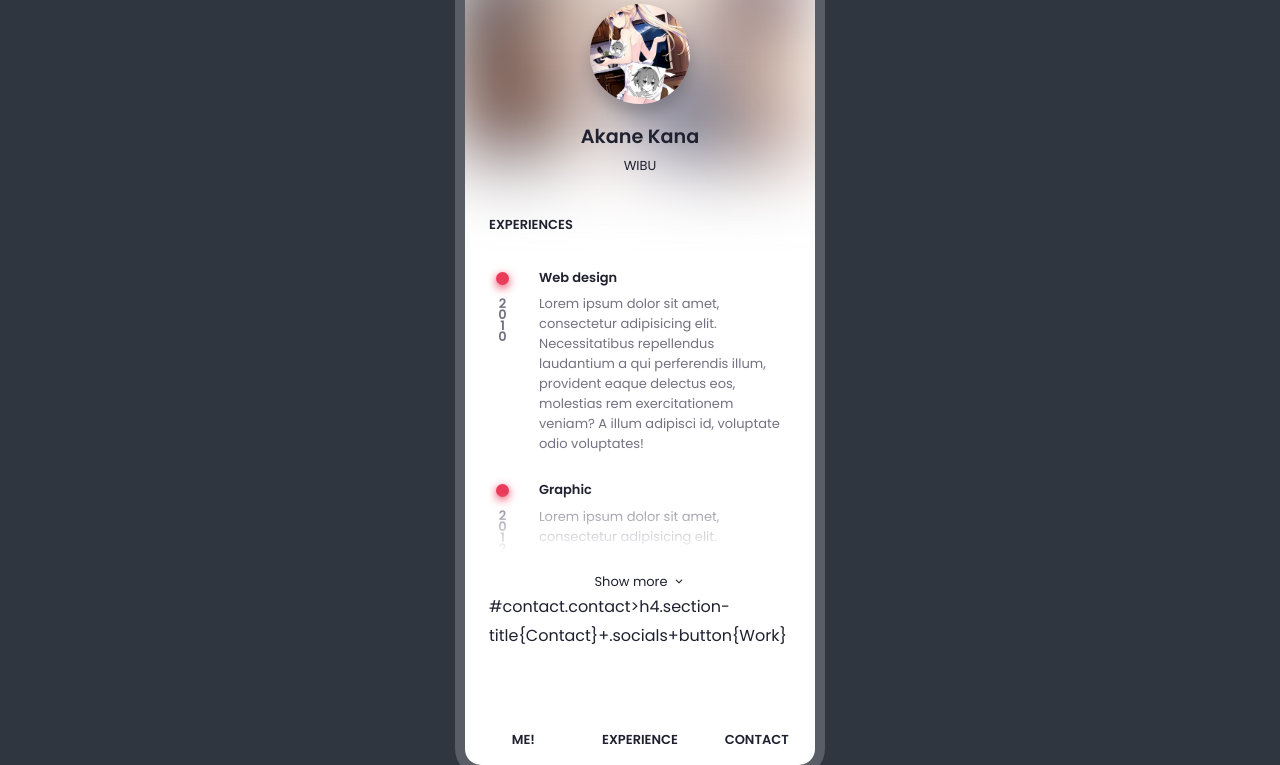
Repository: AkaneKana/AkaneKana
Page: index.html
These files come from the project's save history. The page is drawn as it stood at one moment and after a run of saves; the edit follows.
The browser window is 1280 px wide. The pictures show the whole page.
Some web libraries are served in a nearby version.

Above is the page before, as saved 2023-05-19 16:57:44.

### index.html
<!DOCTYPE html>
<html lang="en">
<head>
  <meta charset="UTF-8">
  <meta http-equiv="X-UA-Compatible" content="IE=edge">
  <meta name="viewport" content="width=device-width, initial-scale=1.0">
  <title>Profle Card</title>
  <link rel="stylesheet" href="style.css">
  <link href="https://cdn.jsdelivr.net/npm/remixicon@3.2.0/fonts/remixicon.css" rel="stylesheet">
</head>
<body>
  <div id="page" class="site">
    <div class="container">
      <div class="card">
        <header>
          <div class="thumbnail">
            <img src="assets/image.jpg" alt="">
          </div>
          <div class="meta">
            <h3>Akane Kana</h3>
            <h4>Wibu</h4>
          </div>
        </header>
        <section>
          <div id="me" class="me">
            <h4 class="section-title">About me</h4>
            <p>Lorem ipsum dolor sit amet consectetur, adipisicing elit. Alias numquam in eligendi quibusdam debitis excepturi architecto porro! Qui, iusto aliquam. Est iusto tenetur velit ab iste modi aliquid incidunt ea?</p>
            <div class="socials">
              <ul>
                <li><a href="#"><i class="ri-facebook-fill"></i></a></li>
                <li><a href="#"><i class="ri-discord-fill"></i></a></li>
                <li><a href="#"><i class="ri-github-fill"></i></a></li>
              </ul>
            </div>
          </div>

          <div id="roadmap" class="roadmap active">
            <h4 class="section-title">Experiences</h4>
            <input type="checkbox" id="showmore">
            <label for="showmore">
             <span>Show more <i class="ri-arrow-down-s-line"></i></span>
             <span>Show less <i class="ri-arrow-up-s-line"></i></span>
            </label>

            <ul>
              <li>
                <span>2010</span>
                <div class="section-title">Web design</div>
                <p>Lorem ipsum dolor sit amet, consectetur adipisicing elit. Necessitatibus repellendus laudantium a qui perferendis illum, provident eaque delectus eos, molestias rem exercitationem veniam? A illum adipisci id, voluptate odio voluptates!</p>
              </li>
              <li>
                <span>2012</span>
                <div class="section-title">Graphic</div>
                <p>Lorem ipsum dolor sit amet, consectetur adipisicing elit. Necessitatibus repellendus laudantium a qui perferendis illum, provident eaque delectus eos, molestias rem exercitationem veniam? A illum adipisci id, voluptate odio voluptates!</p>
              </li>
              <li>
                <span>2016</span>
                <div class="section-title">Google design</div>
                <p>Lorem ipsum dolor sit amet, consectetur adipisicing elit. Necessitatibus repellendus laudantium a qui perferendis illum, provident eaque delectus eos, molestias rem exercitationem veniam? A illum adipisci id, voluptate odio voluptates!</p>
              </li>
            </ul>
          </div>

          #contact.contact>h4.section-title{Contact}+.socials+button{Work}
        </section>
        <footer>
          <nav>
            <a href="#">Me!</a>
            <a href="#">Experience</a>
            <a href="#">Contact</a>
            <span></span>
          </nav>
        </footer>
      </div>
    </div>
  </div>

  <script src="script.js"></script>
</body>
</html>

### style.css
@import url('https://fonts.googleapis.com/css2?family=Poppins:wght@400;600;800&display=swap');
:root{
  --primary-color: #eb3b5a;
  --white-color: #ffffff;
  --light-color: #ced6e0;
  --grey-color: #737181;
  --dark-color: #202130;

  --shadow: 0 10px 10px -8px;
}

*{
  margin: 0;
  padding: 0;
}

*,::before,::after {
  box-sizing: border-box;
}

body{
  font-family: 'Poppins';
  font-size: 16px;
  font-weight: 400;
  line-height: 1.8;
  color: var(--dark-color);
  background-color: #2f3640;
}

a {
  text-decoration: none;
  color: inherit;
}

ul{
  list-style: none;
}

img{
  max-width: 100%;
  vertical-align: middle;
}

.site{
  display: flex;
  align-items: center;
  justify-content: center;
  height: 100vh;
}

.container{
  max-width: 1024px;
  padding: 0 2em;
  margin: 0 auto;
}

.card{
  max-width: 350px;
  background-color: var(--white-color);
  border-radius: 1em;
  box-shadow: 0 0 0 10px rgb(255 255 255 /20%);
  overflow: hidden;
}

.card header {
  position: relative;
  height: 225px;
  padding-top: 3em;
  margin-bottom: 2em;
}

.card header::before {
  content: '';
  position: absolute;
  top: 0;
  left: 0;
  background: url(assets/image.jpg);
  background-size: cover;
  width: 100%;
  height: 200px;
  z-index: 0;
  filter: blur(40px);
}

.card header > * {
  position: relative;
  left: 50%;
  transform: translateX(-50%);
}

.card header .meta {
  text-align: center;
  margin-top: 1em;
  width: max-content;
}

.card header h3 {
  font-size: 1.2em;
  font-weight: 600;
}

.card header h4 {
  font-size: 0.813em;
  font-weight: 400;
  text-transform: uppercase;
}

.card .thumbnail {
  width: 100px;
  height: 100px;
}

.card .thumbnail img {
  object-fit: cover;
  width: 100%;
  height: 100%;
  border-radius: 50%;
  box-shadow: 0 10px 15px rgb(0 0 0 /20%);
}

.card section {
  padding: 0 1.5em;
}

.card section h4 {
  text-transform: uppercase;
}

.card .section-title {
  font-size: 0.813em;
  font-weight: 600;
  margin-bottom: 0.5em;
}

.card section p {
  font-size: 0.813em;
  color: var(--grey-color);
  margin-bottom: 2em;
}

.card .socials ul {
  display: flex;
  gap: 1em;
}

.card .socials ul li a {
  position: relative;
  width: 36px;
  height: 36px;
  border: 1px solid var(--light-color);
  border-radius: 50%;
  display: flex;
  align-items: center;
  justify-content: center;
  transition: border .3s, color .3s, backgound-color .3s;
}

.card .socials ul li:nth-child(1) a {
  box-shadow: var(--shadow) #1877f2;
}
.card .socials ul li:nth-child(2) a {
  box-shadow: var(--shadow) #c32aa3;
}
.card .socials ul li:nth-child(3) a {
  box-shadow: var(--shadow) #1da1f2;
}

.card .socials ul li:nth-child(1) a:hover {
  background-color: #1877f2;
}
.card .socials ul li:nth-child(2) a:hover {
  background-color: #c32aa3;
}
.card .socials ul li:nth-child(3) a:hover {
  background-color: #1da1f2;
}

.card .socials ul li a:hover {
  border-color: transparent;
  color: var(--white-color);
}

.card footer nav {
  position: relative;
  display: flex;
  justify-content: space-between;
  width: 100%;
  height: 50px;
  margin-top: 4em;
}

.card footer nav a {
  position: relative;
  font-size: 0.813em;
  font-weight: 600;
  text-transform: uppercase;
  width: 100%;
  height: 100%;
  display: flex;
  align-items: center;
  justify-content: center;
  z-index: 10;
}

.card footer nav span {
  position: absolute;
  top: 10px;
  left: 0;
  width: 33.3333%;
  height: 30px;
  background: linear-gradient(135deg, #03001e #7303c0 #ec38bc, #fdeff9);
  filter: blur(15px);
  transition: left .3s;
}

.card footer nav a.active {
  color: var(--white-color);
}

.card footer nav a.active:nth-child(2) ~ span {
  left: 33.3333%;
}

.card footer nav a.active:nth-child(3) ~ span {
  left: calc(33.3333% * 2);
}

section > div {
  display: none;
}
section > div.active {
  display: block;
}

/*roadmap*/
.card .roadmap {
  position: relative;
  overflow: hidden;
}
.card .roadmap ul {
  margin-top: 2em;
  height: 325px;
  padding-bottom: 2em;
  transition: height .3s;
}
.card .roadmap ul li {
  position: relative;
  padding-left: 50px;
  min-height: 90px;
  margin-bottom: 1em;
  line-height: normal;
}

.card .roadmap ul li::before {
  content: '';
  position: absolute;
  top: 4px;
  left: 7px;
  width: 13px;
  height: 13px;
  background-color: var(--primary-color);
  border-radius: 50%;
  box-shadow: 0 3px 10px 0 var(--primary-color);
}

.card .roadmap ul li span {
  position: absolute;
  top: 26px;
  left: 3px;
  writing-mode: vertical-lr;
  text-orientation: upright;
  font-size: 0.813em;
  font-weight: 600;
  color: var(--grey-color);
  letter-spacing: -8px;
}

.card .roadmap input {
  display: none;
}

.card .roadmap label {
  position: absolute;
  bottom: 0;
  left: 0;
  right: 0;
  height: 100px;
  cursor: pointer;
  z-index: 10;
}

.card .roadmap label::before {
  content: '';
  position: absolute;
  top: 0;
  left: 0;
  width: 100%;
  height: 100%;
  background: linear-gradient(0deg, var(--white-color) 40%, rgba(255, 255, 255, 0) 100%);
  z-index: -1;
}

.card .roadmap label span {
  font-size: 0.813em;
  display: flex;
  justify-content: center;
  gap: 5px;
  height: 100%;
  align-items: flex-end;
}

.card .roadmap label span:last-child,
.card .roadmap input:checked ~label span:first-child {
  display: none;
}

.card .roadmap input:checked ~label span:last-child {
  display: flex;
}

.card .roadmap input:checked ~ ul {
  overflow: auto;
  height: 450px;
  padding-bottom: 4em;
}

Loaded but not shown: script.js (no copy from this time; the picture is the same without it)

After the next 2 saves:
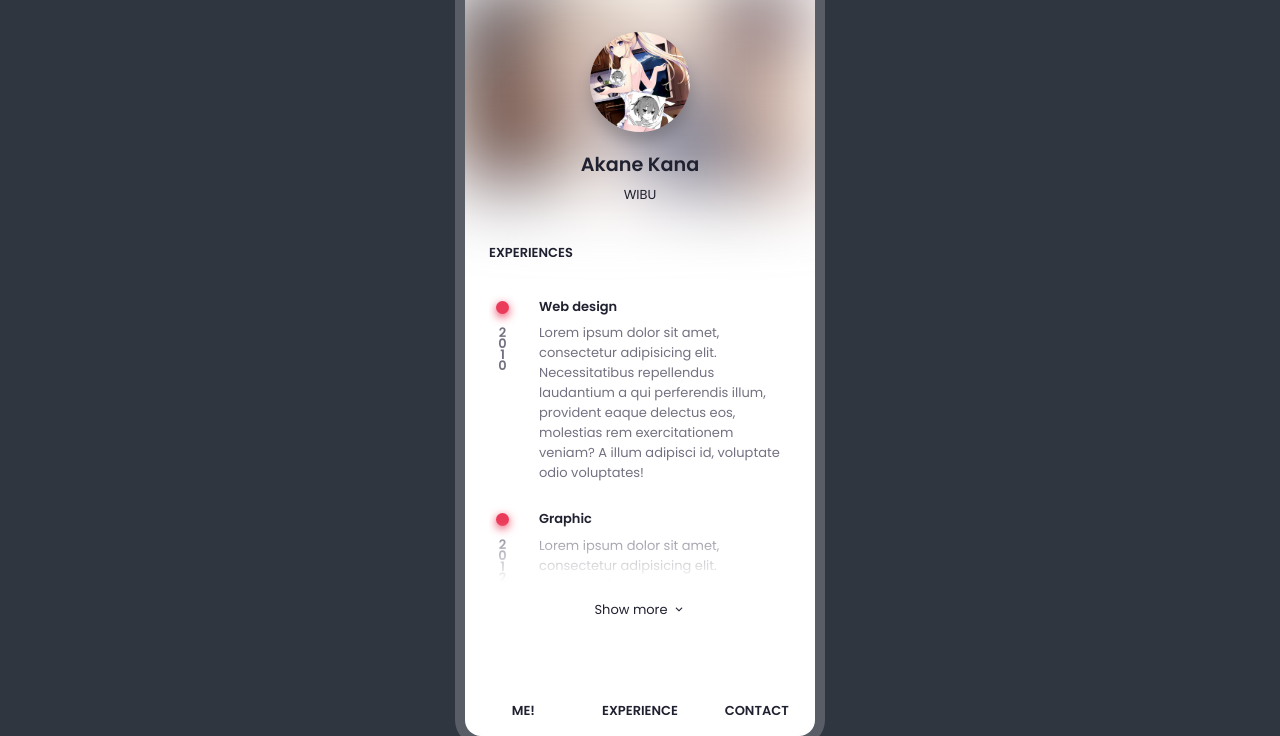
The 2 saves are shown as one change because they came seconds apart.
The last was saved 6 s later.
--- a/index.html
+++ b/index.html
@@ -61,7 +61,11 @@
             </ul>
           </div>
 
-          #contact.contact>h4.section-title{Contact}+.socials+button{Work}
+          <div id="contact" class="contact">
+            <h4 class="section-title">Contact</h4>
+            <div class="socials"></div>
+            <button>Work with me!</button>
+          </div>
         </section>
         <footer>
           <nav>
